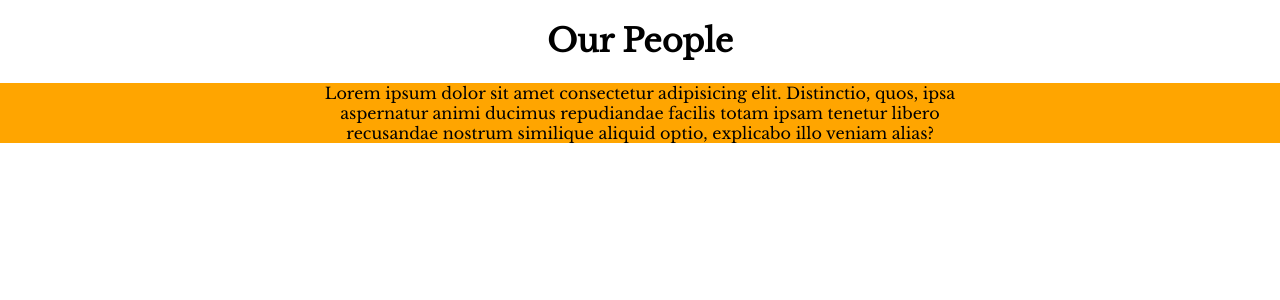
Repository: Tsardines/app
Page: / (app in my-app/)
These files come from the project's save history. The page is drawn as it stood at one moment and after the next save; the edit follows.
The browser window is 1280 px wide. The pictures show the whole page.
The page's requests for data from a server got no answer. The project was rebuilt for these pictures with package versions that can differ from the ones it lists, and the page was loaded fresh each time. No one was signed in, and anything a server would have sent is missing.

Above is the page before, as saved 2018-11-13 23:57:09.

### my-app/public/index.html
<!DOCTYPE html>
<html lang="en">
  <head>
    <meta charset="utf-8">
    <meta name="viewport" content="width=device-width, initial-scale=1, shrink-to-fit=no">
    <meta name="theme-color" content="#000000">
    <!--
      manifest.json provides metadata used when your web app is added to the
      homescreen on Android. See https://developers.google.com/web/fundamentals/web-app-manifest/
    -->
    <link rel="manifest" href="%PUBLIC_URL%/manifest.json">
    <link href="https://fonts.googleapis.com/css?family=Libre+Baskerville" rel="stylesheet">
    <!--
      Notice the use of %PUBLIC_URL% in the tags above.
      It will be replaced with the URL of the `public` folder during the build.
      Only files inside the `public` folder can be referenced from the HTML.

      Unlike "/favicon.ico" or "favicon.ico", "%PUBLIC_URL%/favicon.ico" will
      work correctly both with client-side routing and a non-root public URL.
      Learn how to configure a non-root public URL by running `npm run build`.
    -->
    <title>React App</title>
  </head>
  <body>
    <noscript>
      You need to enable JavaScript to run this app.
    </noscript>
    <div id="root"></div>
    <!--
      This HTML file is a template.
      If you open it directly in the browser, you will see an empty page.

      You can add webfonts, meta tags, or analytics to this file.
      The build step will place the bundled scripts into the <body> tag.

      To begin the development, run `npm start` or `yarn start`.
      To create a production bundle, use `npm run build` or `yarn build`.
    -->
  </body>
</html>

### my-app/src/index.css
body {
  margin: 0;
  padding: 0;
  font-family: 'Libre Baskerville', serif;
  -webkit-font-smoothing: antialiased;
  -moz-osx-font-smoothing: grayscale;
}

code {
  font-family: source-code-pro, Menlo, Monaco, Consolas, "Courier New",
    monospace;
}

### my-app/src/App.js
import React, { Component } from 'react';

// import Main from './components/Main.js';
import './App.css';


class App extends Component {
  constructor(props) {
    super(props);

    this.state = {
      items: []
    };
    this.componentWillMount = this.componentWillMount.bind(this);
  }

  componentWillMount() {
    fetch('https://api.myjson.com/bins/houf6')
    .then(res => res.json())
    .then(data => {
      this.setState({ items: data });
    });
  }


  render() {

    const { items } = this.state;

    return (
      <div className="App">

      <h1>Our People</h1>
      <span className="intro"><p>Lorem ipsum dolor sit amet consectetur adipisicing elit. Distinctio, quos, ipsa aspernatur animi ducimus repudiandae facilis totam ipsam tenetur libero recusandae nostrum similique aliquid optio, explicabo illo veniam alias?</p></span>


        { items.map((item, num) => {
            return (
              <div className="people">

                <div className="elem">
                  <p key={num}>{item.elems}</p>
                </div>

                  <p key={num}><strong>{item.name}</strong></p>
                  <p key={num}><small>{item.title}</small></p>

                <div className="hidden">
                  <p key={num}><small>{item.email}</small></p>
                  <p key={num}><small>{item.office}</small></p>
                </div>
                {/* <p>{item.manager}</p> */}
              </div>

            );
        })}
      </div>
    );
  }
}

export default App;

### my-app/src/App.css
.App {
  display: flex;
  flex-direction: column;
  text-align: center;
}

.intro {
  background-color: orange;
}

.intro p {
  margin: auto;
  width: 50%;
}

.people {
  background-color: #f8f8f8;
  border: 1px solid #f6f6f6;
  height: 31vh;
  width: 25vw;
}

.elem {
  font-size: 5em;
  margin-bottom: -1em;
  margin-top: -1em;
}

.hidden {
  opacity: 0.15;
}

.hidden:hover {
  opacity: 1;
  transition: 0.4s;
}


/* .people:hover .hidden {
  top: 50%;
  transform: translateY(-50%);
} */

Loaded but not shown: my-app/src/index.js (common file); my-app/src/serviceWorker.js (common file)

After the next save:
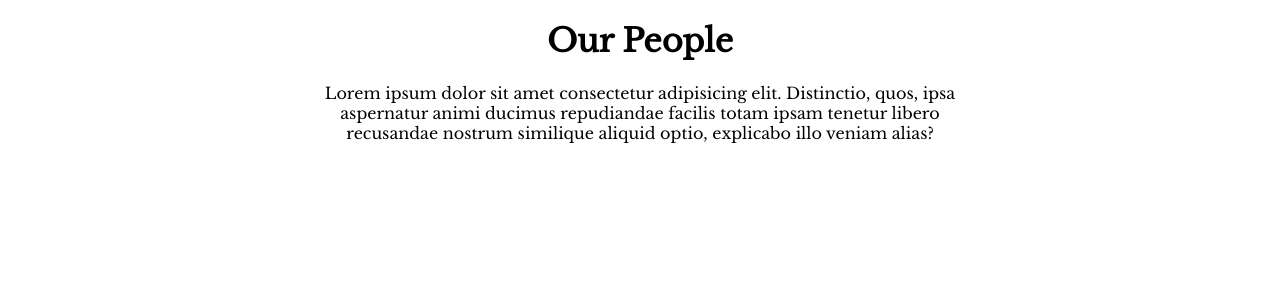
Saved 6 s later.
--- a/my-app/src/App.css
+++ b/my-app/src/App.css
@@ -2,10 +2,6 @@
   display: flex;
   flex-direction: column;
   text-align: center;
-}
-
-.intro {
-  background-color: orange;
 }
 
 .intro p {
